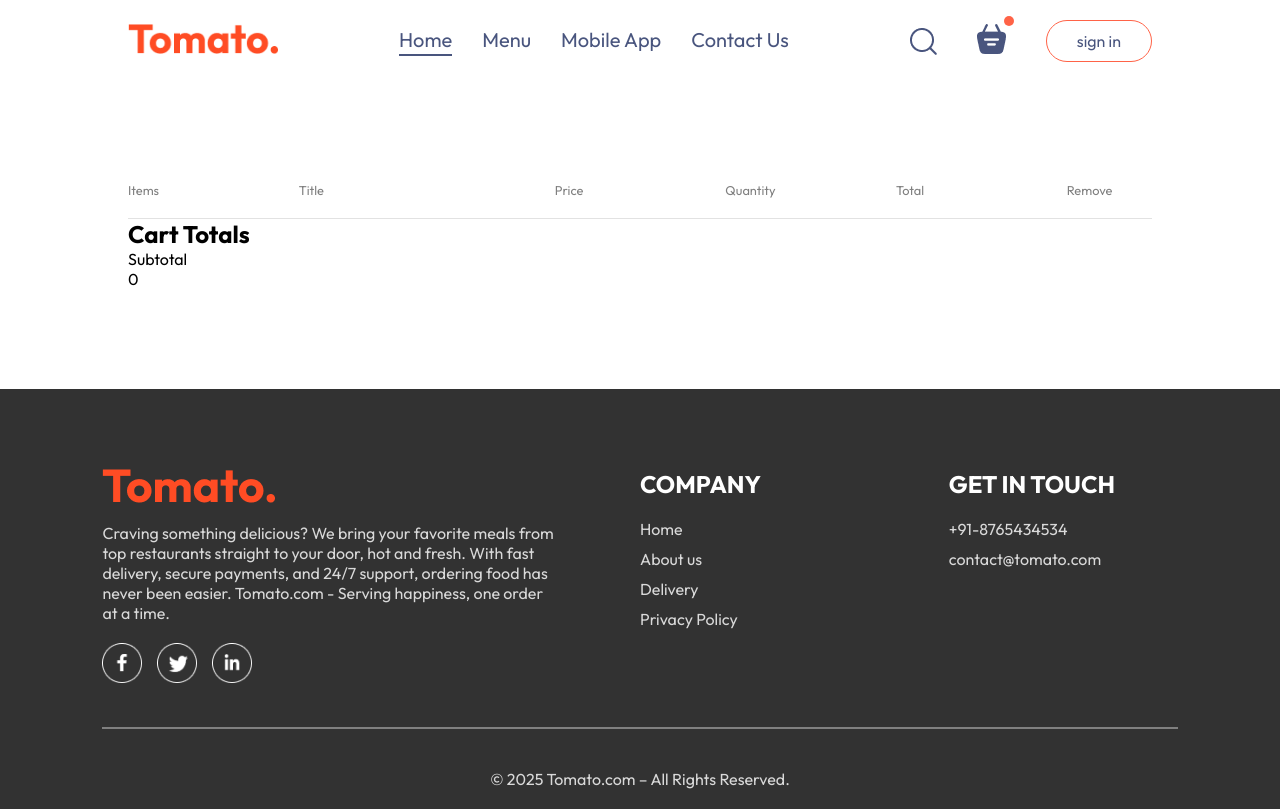
Repository: esakkiraj8104/FOOD_ORDER1
Page: /cart
The author's editor kept a copy of each file at every save. The page is drawn from the files as they stood at one save, then again after the next save.
The browser window is 1280 px wide. The pictures show the whole page.
The project was rebuilt for these pictures with package versions that can differ from the ones it lists, and the page was loaded fresh each time. Also part of the build but not shown: vite.config.js, src/components/Navbar/Header/Haeder.css, src/components/Navbar/Header/Header.jsx, src/components/Navbar/ExploreMenu/ExploreMenu.css, src/components/Navbar/ExploreMenu/ExploreMenu.jsx, src/components/Navbar/FoodDisplay/FoodDisplay.css, src/components/Navbar/FoodItem/FoodItem.css, src/components/Navbar/FoodItem/FoodItem.jsx and 6 more. Imported but missing from the stored project, and not drawn on this page: src/pages/PlaceOrder/PlaceOrder.

Above is the page before, as saved 2025-05-20 18:45:31.

### index.html
<!doctype html>
<html lang="en">
  <head>
    <meta charset="UTF-8" />
    <link rel="icon" type="image/svg+xml" href="/vite.svg" />
    <meta name="viewport" content="width=device-width, initial-scale=1.0" />
    <title>Tomoto food Web</title>
  </head>
  <body>
    <div id="root"></div>
    <script type="module" src="/src/main.jsx"></script>
  </body>
</html>

### src/main.jsx
import React from 'react'
import ReactDOM from 'react-dom/client'
import './index.css'
import App from './App.jsx'
import {BrowserRouter} from 'react-router-dom'
import StoreContextProvider from './Context/StoreContext.jsx'

ReactDOM.createRoot(document.getElementById('root')).render(
  <BrowserRouter>
    <StoreContextProvider>
      <App />
    </StoreContextProvider>

  </BrowserRouter>

)

### src/index.css
@import url('https://fonts.googleapis.com/css2?family=Outfit:wght@100..900&display=swap');

*{
  padding: 0;
  margin: 0;
  box-sizing: border-box;
  font-family: outfit;
  scroll-behavior: smooth;
}
body{
  min-height: 100vh;
}
a{
  text-decoration :none;
  color: inherit;
}
.app{
  width: 80%;
  margin: auto;
}

@keyframes fadeIn {
  0%{
    opacity: 0;
  }
  100%{
    opacity: 1;
  }
}

### src/App.jsx
import React,{ useState } from 'react'
import { Route, Routes } from 'react-router-dom'
import Home from './pages/Home/Home'
import Cart from './pages/Cart/Cart'
import PlaceOrder from './pages/PlaceOrder/PlaceOrder'
import Navbar from './components/Navbar/Navbar/Navbar'
import Footer from './components/Navbar/Footer/Footer'
import LoginPopup from './components/LoginPopup/LoginPopup'

const App = () => {

  const[showLogin,setShowLogin]= useState(false)
  return (

    <>
    {showLogin?<LoginPopup setShowLogin={setShowLogin}/>:<></>}
      <div className='app'>
        <Navbar setShowLogin={setShowLogin}/>
        <Routes >
          <Route path='/' element={<Home />} />
          <Route path='/cart' element={<Cart />} />
          <Route path='/order' element={<PlaceOrder />} />
        </Routes>
      </div>
      <Footer />

    </>


  )
}

export default App

### src/Context/StoreContext.jsx
import { createContext, useEffect, useState } from "react";
import { food_list } from "../assets/assets";

export const StoreContext = createContext(null)

const StoreContextProvider = (props) => {

    const [cartItems,setCartItems]= useState({});

    const addToCart = (itemId) => {
        if (!cartItems[itemId]) {
            setCartItems((prev)=>({...prev,[itemId]:1}))
        }
        else{
            setCartItems((prev)=>({...prev,[itemId]:prev[itemId]+1}))
        }
    }

    const removeFromCart = (itemId) =>{
        setCartItems((prev)=>({...prev,[itemId]:prev[itemId]-1}))
    }

    useEffect(()=>{
        console.log(cartItems);
    },[cartItems])

    const contextValue = {
        food_list,
        cartItems,
        setCartItems,
        addToCart,
        removeFromCart

    }
    return (
        <StoreContext.Provider value={contextValue}>
            {props.children}
        </StoreContext.Provider>
    )
}

export default StoreContextProvider;

### src/pages/Cart/Cart.jsx
import React, { useContext } from 'react'
import './Cart.css'
import { StoreContext } from '../../Context/StoreContext'
const Cart = () => {


  const { cartItems, food_list, removeFromCart } = useContext(StoreContext);
  return (
    <div className='cart'>
      <div className="cart-items">
        <div className="cart-items-title">
          <p>Items</p>
          <p>Title</p>
          <p>Price</p>
          <p>Quantity</p>
          <p>Total</p>
          <p>Remove</p>
        </div>
        <br />
        <hr />
        {food_list.map((item, index) => {
          if (cartItems[item._id] > 0) {
            return (
              <div>
                <div className='cart-items-title cart-items-item'>
                  <img src={item.image} alt="" />
                  <p>{item.name}</p>
                  <p>${item.price}</p>
                  <p>{cartItems[item._id]}</p>
                  <p>${item.price * cartItems[item._id]}</p>
                  <p  onClick={()=>removeFromCart(item._id)} className='cross'>❌</p>
                </div>
                <hr />
              </div>

            )
          }
        })}
      </div>
      <div className="cart-bottom">
        <div className="cart-total">
          <h2>Cart Totals</h2>
          <div>
            <div className="cart-total-details">
              <p>Subtotal</p>
              <p>{0}</p>
            </div>
            <div className="cart-total-details">
              <p></p>
              <p></p>
            </div>
            <div className="cart-total-details">

            </div>
          </div>
        </div>
      </div>
    </div>
  )
}

export default Cart

### src/components/Navbar/Navbar/Navbar.jsx
import React, { useState } from 'react'
import './Navbar.css'
import { assets } from '../../../assets/assets'
import { Link } from 'react-router-dom';
const Navbar = ({setShowLogin}) => {

    const [menu,setMenu] = useState("home");
  return (
    <div className='navbar'>
        <Link to='/'><img src={assets.logo} alt="" className="logo" /></Link>
        <ul className="navbar-menu">
        <Link to='/'className={menu === "home" ? "active" : ""} onClick={() => setMenu("home")}>Home</Link>
        <a href='#explore-menu' className={menu === "menu" ? "active" : ""} onClick={() => setMenu("menu")}>Menu</a>
        <a href='#app-download'className={menu === "mobile-app" ? "active" : ""} onClick={() => setMenu("mobile-app")}>Mobile App</a>
        <a href='#footer'className={menu === "contact us" ? "active" : ""} onClick={() => setMenu("contact us")}>Contact Us</a>
        </ul>
        <div className="navbar-right">
            <img src={assets.search_icon} alt="" />
            <div className="navbar-search-icon">
                <Link to='/cart'><img src={assets.basket_icon} alt="" /></Link>
                <div className="dot"></div>
            </div>
            <button onClick={()=>setShowLogin(true)}>sign in</button>
        </div>
    </div>
  )
}

export default Navbar

### src/components/Navbar/Footer/Footer.jsx
import React from 'react'
import './Footer.css'
import { assets } from '../../../assets/assets'

const Footer = () => {
  return (

    <div className='footer' id='footer'>
      <div className="footer-content">
        <div className="footer-content-left">
          <img src={assets.logo} alt="" />
          <p>Craving something delicious? We bring your favorite meals from top restaurants straight to your door, hot and fresh.
            With fast delivery, secure payments, and  24/7 support, ordering food has never been easier.
            Tomato.com - Serving happiness, one order at a time.</p>
          <div className="footer-social-icons">
            <img src={assets.facebook_icon} alt="" />
            <img src={assets.twitter_icon} alt="" />
            <img src={assets.linkedin_icon} alt="" />
          </div>
        </div>
        <div className="footer-content-center">
          <h2>COMPANY</h2>
          <ul>
            <li>Home</li>
            <li>About us</li>
            <li>Delivery</li>
            <li>Privacy Policy</li>
          </ul>
        </div>
        <div className="footer-content-right">
          <h2>GET IN TOUCH</h2>
          <ul>
            <li>+91-8765434534</li>
            <li>contact@tomato.com</li>
          </ul>
        </div>
      </div>
      <hr />
      <p className="footer-copyright">© 2025 Tomato.com – All Rights Reserved.</p>
    </div>
  )
}

export default Footer

### src/assets/assets.js
import basket_icon from './basket_icon.png'
import logo from './logo.png'
import header_img from './header_img.png'
import search_icon from './search_icon.png'
import menu_1 from './menu_1.png'
import menu_2 from './menu_2.png'
import menu_3 from './menu_3.png'
import menu_4 from './menu_4.png'
import menu_5 from './menu_5.png'
import menu_6 from './menu_6.png'
import menu_7 from './menu_7.png'
import menu_8 from './menu_8.png'

import food_1 from './food_1.png'
import food_2 from './food_2.png'
import food_3 from './food_3.png'
import food_4 from './food_4.png'
import food_5 from './food_5.png'
import food_6 from './food_6.png'
import food_7 from './food_7.png'
import food_8 from './food_8.png'
import food_9 from './food_9.png'
import food_10 from './food_10.png'
import food_11 from './food_11.png'
import food_12 from './food_12.png'
import food_13 from './food_13.png'
import food_14 from './food_14.png'
import food_15 from './food_15.png'
import food_16 from './food_16.png'
import food_17 from './food_17.png'
import food_18 from './food_18.png'
import food_19 from './food_19.png'
import food_20 from './food_20.png'
import food_21 from './food_21.png'
import food_22 from './food_22.png'
import food_23 from './food_23.png'
import food_24 from './food_24.png'
import food_25 from './food_25.png'
import food_26 from './food_26.png'
import food_27 from './food_27.png'
import food_28 from './food_28.png'
import food_29 from './food_29.png'
import food_30 from './food_30.png'
import food_31 from './food_31.png'
import food_32 from './food_32.png'

import add_icon_white from './add_icon_white.png'
import add_icon_green from './add_icon_green.png'
import remove_icon_red from './remove_icon_red.png'
import app_store from './app_store.png'
import play_store from './play_store.png'
import linkedin_icon from './linkedin_icon.png'
import facebook_icon from './facebook_icon.png'
import twitter_icon from './twitter_icon.png'
import cross_icon from './cross_icon.png'
import selector_icon from './selector_icon.png'
import rating_starts from './rating_starts.png'
import profile_icon from './profile_icon.png'
import bag_icon from './bag_icon.png'
import logout_icon from './logout_icon.png'
import parcel_icon from './parcel_icon.png'

export const assets = {
    logo,
    basket_icon,
    header_img,
    search_icon,
    rating_starts,
    add_icon_green,
    add_icon_white,
    remove_icon_red,
    app_store,
    play_store,
    linkedin_icon,
    facebook_icon,
    twitter_icon,
    cross_icon,
    selector_icon,
    profile_icon,
    logout_icon,
    bag_icon,
    parcel_icon
}

export const menu_list = [
    {
        menu_name: "Salad",
        menu_image: menu_1
    },
    {
        menu_name: "Rolls",
        menu_image: menu_2
    },
    {
        menu_name: "Deserts",
        menu_image: menu_3
    },
    {
        menu_name: "Sandwich",
        menu_image: menu_4
    },
    {
        menu_name: "Cake",
        menu_image: menu_5
    },
    {
        menu_name: "Pure Veg",
        menu_image: menu_6
    },
    {
        menu_name: "Pasta",
        menu_image: menu_7
    },
    {
        menu_name: "Noodles",
        menu_image: menu_8
    }]

export const food_list = [
    {
        _id: "1",
        name: "Greek salad",
        image: food_1,
        price: 12,
        description: "Food provides essential nutrients for overall health and well-being",
        category: "Salad"
    },
    {
        _id: "2",
        name: "Veg salad",
        image: food_2,
        price: 18,
        description: "Food provides essential nutrients for overall health and well-being",
        category: "Salad"
    }, {
        _id: "3",
        name: "Clover Salad",
        image: food_3,
        price: 16,
        description: "Food provides essential nutrients for overall health and well-being",
        category: "Salad"
    }, {
        _id: "4",
        name: "Chicken Salad",
        image: food_4,
        price: 24,
        description: "Food provides essential nutrients for overall health and well-being",
        category: "Salad"
    }, {
        _id: "5",
        name: "Lasagna Rolls",
        image: food_5,
        price: 14,
        description: "Food provides essential nutrients for overall health and well-being",
        category: "Rolls"
    }, {
        _id: "6",
        name: "Peri Peri Rolls",
        image: food_6,
        price: 12,
        description: "Food provides essential nutrients for overall health and well-being",
        category: "Rolls"
    }, {
        _id: "7",
        name: "Chicken Rolls",
        image: food_7,
        price: 20,
        description: "Food provides essential nutrients for overall health and well-being",
        category: "Rolls"
    }, {
        _id: "8",
        name: "Veg Rolls",
        image: food_8,
        price: 15,
        description: "Food provides essential nutrients for overall health and well-being",
        category: "Rolls"
    }, {
        _id: "9",
        name: "Ripple Ice Cream",
        image: food_9,
        price: 14,
        description: "Food provides essential nutrients for overall health and well-being",
        category: "Deserts"
    }, {
        _id: "10",
        name: "Fruit Ice Cream",
        image: food_10,
        price: 22,
        description: "Food provides essential nutrients for overall health and well-being",
        category: "Deserts"
    }, {
        _id: "11",
        name: "Jar Ice Cream",
        image: food_11,
        price: 10,
        description: "Food provides essential nutrients for overall health and well-being",
        category: "Deserts"
    }, {
        _id: "12",
        name: "Vanilla Ice Cream",
        image: food_12,
        price: 12,
        description: "Food provides essential nutrients for overall health and well-being",
        category: "Deserts"
    },
    {
        _id: "13",
        name: "Chicken Sandwich",
        image: food_13,
        price: 12,
        description: "Food provides essential nutrients for overall health and well-being",
        category: "Sandwich"
    },
    {
        _id: "14",
        name: "Vegan Sandwich",
        image: food_14,
        price: 18,
        description: "Food provides essential nutrients for overall health and well-being",
        category: "Sandwich"
    }, {
        _id: "15",
        name: "Grilled Sandwich",
        image: food_15,
        price: 16,
        description: "Food provides essential nutrients for overall health and well-being",
        category: "Sandwich"
    }, {
        _id: "16",
        name: "Bread Sandwich",
        image: food_16,
        price: 24,
        description: "Food provides essential nutrients for overall health and well-being",
        category: "Sandwich"
    }, {
        _id: "17",
        name: "Cup Cake",
        image: food_17,
        price: 14,
        description: "Food provides essential nutrients for overall health and well-being",
        category: "Cake"
    }, {
        _id: "18",
        name: "Vegan Cake",
        image: food_18,
        price: 12,
        description: "Food provides essential nutrients for overall health and well-being",
        category: "Cake"
    }, {
        _id: "19",
        name: "Butterscotch Cake",
        image: food_19,
        price: 20,
        description: "Food provides essential nutrients for overall health and well-being",
        category: "Cake"
    }, {
        _id: "20",
        name: "Sliced Cake",
        image: food_20,
        price: 15,
        description: "Food provides essential nutrients for overall health and well-being",
        category: "Cake"
    }, {
        _id: "21",
        name: "Garlic Mushroom ",
        image: food_21,
        price: 14,
        description: "Food provides essential nutrients for overall health and well-being",
        category: "Pure Veg"
    }, {
        _id: "22",
        name: "Fried Cauliflower",
        image: food_22,
        price: 22,
        description: "Food provides essential nutrients for overall health and well-being",
        category: "Pure Veg"
    }, {
        _id: "23",
        name: "Mix Veg Pulao",
        image: food_23,
        price: 10,
        description: "Food provides essential nutrients for overall health and well-being",
        category: "Pure Veg"
    }, {
        _id: "24",
        name: "Rice Zucchini",
        image: food_24,
        price: 12,
        description: "Food provides essential nutrients for overall health and well-being",
        category: "Pure Veg"
    },
    {
        _id: "25",
        name: "Cheese Pasta",
        image: food_25,
        price: 12,
        description: "Food provides essential nutrients for overall health and well-being",
        category: "Pasta"
    },
    {
        _id: "26",
        name: "Tomato Pasta",
        image: food_26,
        price: 18,
        description: "Food provides essential nutrients for overall health and well-being",
        category: "Pasta"
    }, {
        _id: "27",
        name: "Creamy Pasta",
        image: food_27,
        price: 16,
        description: "Food provides essential nutrients for overall health and well-being",
        category: "Pasta"
    }, {
        _id: "28",
        name: "Chicken Pasta",
        image: food_28,
        price: 24,
        description: "Food provides essential nutrients for overall health and well-being",
        category: "Pasta"
    }, {
        _id: "29",
        name: "Buttter Noodles",
        image: food_29,
        price: 14,
        description: "Food provides essential nutrients for overall health and well-being",
        category: "Noodles"
    }, {
        _id: "30",
        name: "Veg Noodles",
        image: food_30,
        price: 12,
        description: "Food provides essential nutrients for overall health and well-being",
        category: "Noodles"
    }, {
        _id: "31",
        name: "Somen Noodles",
        image: food_31,
        price: 20,
        description: "Food provides essential nutrients for overall health and well-being",
        category: "Noodles"
    }, {
        _id: "32",
        name: "Cooked Noodles",
        image: food_32,
        price: 15,
        description: "Food provides essential nutrients for overall health and well-being",
        category: "Noodles"
    }
]

### src/pages/Cart/Cart.css
.cart{
    margin-top: 100px;
}
.cart-items-title{
    display: grid;
    grid-template-columns: 1fr 1.5fr 1fr 1fr 1fr 0.5fr;
    align-items: center;
    color: grey;
    font-size: max(1vw,12px);

}
.cart-items-item{
    margin: 10px 0px;
    color: black;
}
.cart-items-item img{
    width: 100px;
}
.cart hr{
    height: 1px;
    background-color: #e2e2e2;
    border: none;
}
.cart-items-item .cross{
    cursor: pointer;
}

### src/components/Navbar/Navbar/Navbar.css
.navbar{
    padding: 20px 0px;
    display: flex;
    justify-content: space-between;
    align-items: center;
}

.navbar .logo{
    width: 150px;
}

.navbar-menu{
    display: flex;
    list-style: none;
    gap: 30px;
    color: #49557e;
    font-size: 20px;
}

.navbar-right{
    display: flex;
    align-items: center;
    gap: 40px;
}

.navbar button{
    background: transparent;
    font-size: 16px;
    color: #49557e;
    border: 1px solid tomato;
    padding: 10px 30px;
    border-radius: 50px;
    cursor: pointer;
    transition: 0.3;
}

.navbar button:hover{
    background-color: #fff4f2;
}

.navbar .active{
    padding-bottom: 2px;
    border-bottom: 2px solid #49557e;
}

.navbar li{
    cursor: pointer;
}

.navbar-search-icon{
    position:relative;
}

.navbar-search-icon .dot{
    position: absolute;
    min-width: 10px;
    min-height: 10px;
    background-color: tomato;
    border-radius: 5px;
    top: -8px;
    right: -8px;
}
@media(max-width:1050px) {
    .navbar .logo{
        width: 140px;
    }
    .navbar-menu{
        gap: 20px;
        font-size: 17px;
    }
    .navbar-right{
        gap: 30px;
    }
    .navbar-right img{
        width: 22px;
    }
    .navbar-right button{
        padding: 8px 25px;
    }
}
@media(max-width:900px) {
    .navbar .logo{
        width: 120px;
    }
    .navbar-menu{
        gap: 15px;
        font-size: 16px;
    }
    .navbar-right{
        gap: 20px;
    }
    .navbar-right img{
        width: 20px;
    }
    .navbar-right button{
        padding: 7px 20px;
        font-size: 15px;
    }
}
@media(max-width:750px) {
    .navbar-menu{
        display: none;
    }
}

### src/components/Navbar/Footer/Footer.css
.footer{
    color: #d9d9d9;
    background: #323232;
    display: flex;
    flex-direction: column;
    align-items: center;
    gap: 20px;
    padding: 20px 8vw;
    padding-top: 80px;
    margin-top: 100px;

}

.footer-content{
    width: 100%;
    display: grid;
    grid-template-columns: 2fr 1fr 1fr;
    gap: 80px;
}
.footer-content-left, .footer-content-right, .footer-content-center{
    display: flex;
    flex-direction: column;
    align-items: start;
    gap: 20px;
}
.footer-content-left li, .footer-content-right li, .footer-content-center li{
    list-style: none;
    margin-bottom: 10px;
    cursor: pointer;
}
.footer-content-right h2, .footer-content-center h2 {
    color: white;
}
.footer-social-icons img{
    width: 40px;
    margin-right: 15px;
}
.footer hr{
    width: 100%;
    height: 2px;
    margin: 20px 0;
    background-color: grey;
    border: none;
}
@media (max-width:750px) {
    .footer-content{
        display: flex;
        flex-direction: column;
        gap: 35px;
    }
    .footer-copyright{
        text-align: center;
    }
}

Loaded but not shown: src/pages/Home/Home.css (no stored copy; drawn as an empty file)

After the next save:
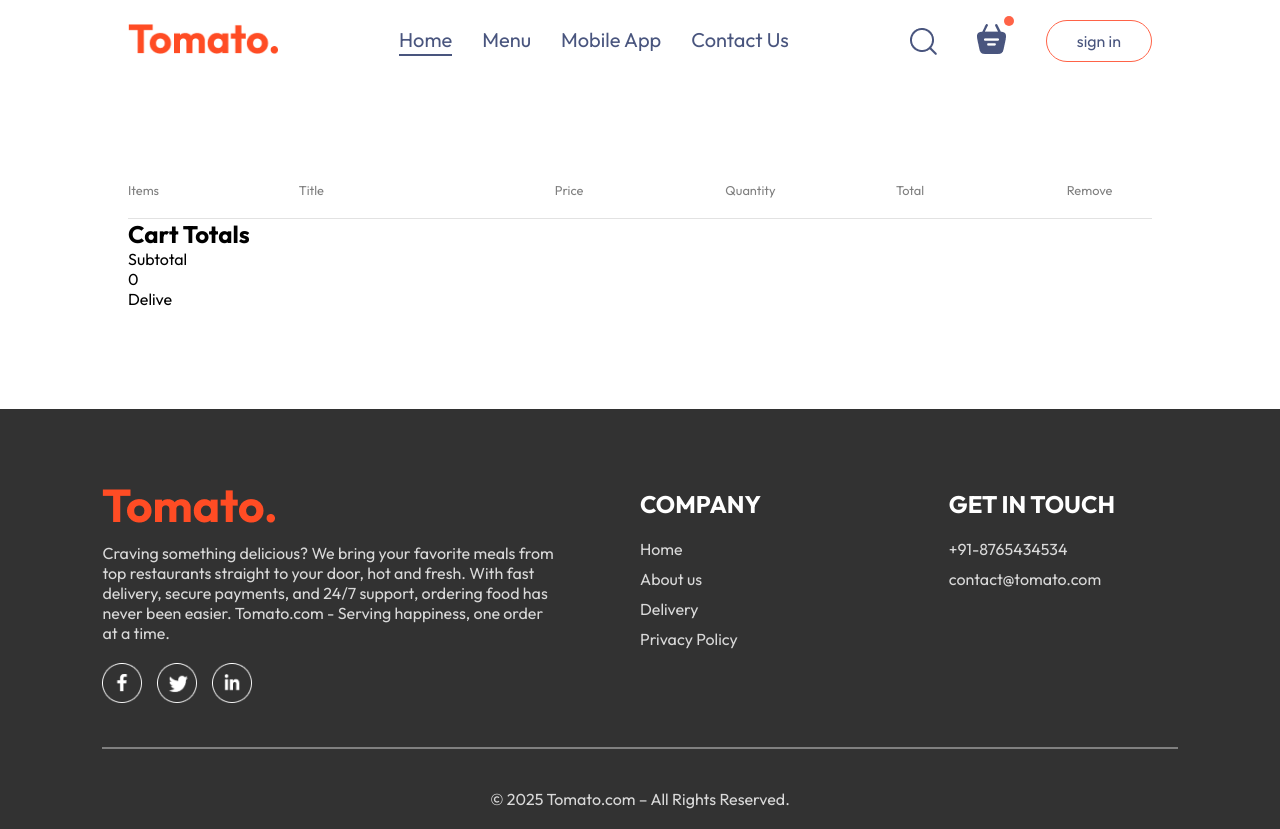
Saved 12 s later.
--- a/src/pages/Cart/Cart.jsx
+++ b/src/pages/Cart/Cart.jsx
@@ -46,7 +46,7 @@ const Cart = () => {
               <p>{0}</p>
             </div>
             <div className="cart-total-details">
-              <p></p>
+              <p>Delive</p>
               <p></p>
             </div>
             <div className="cart-total-details">
